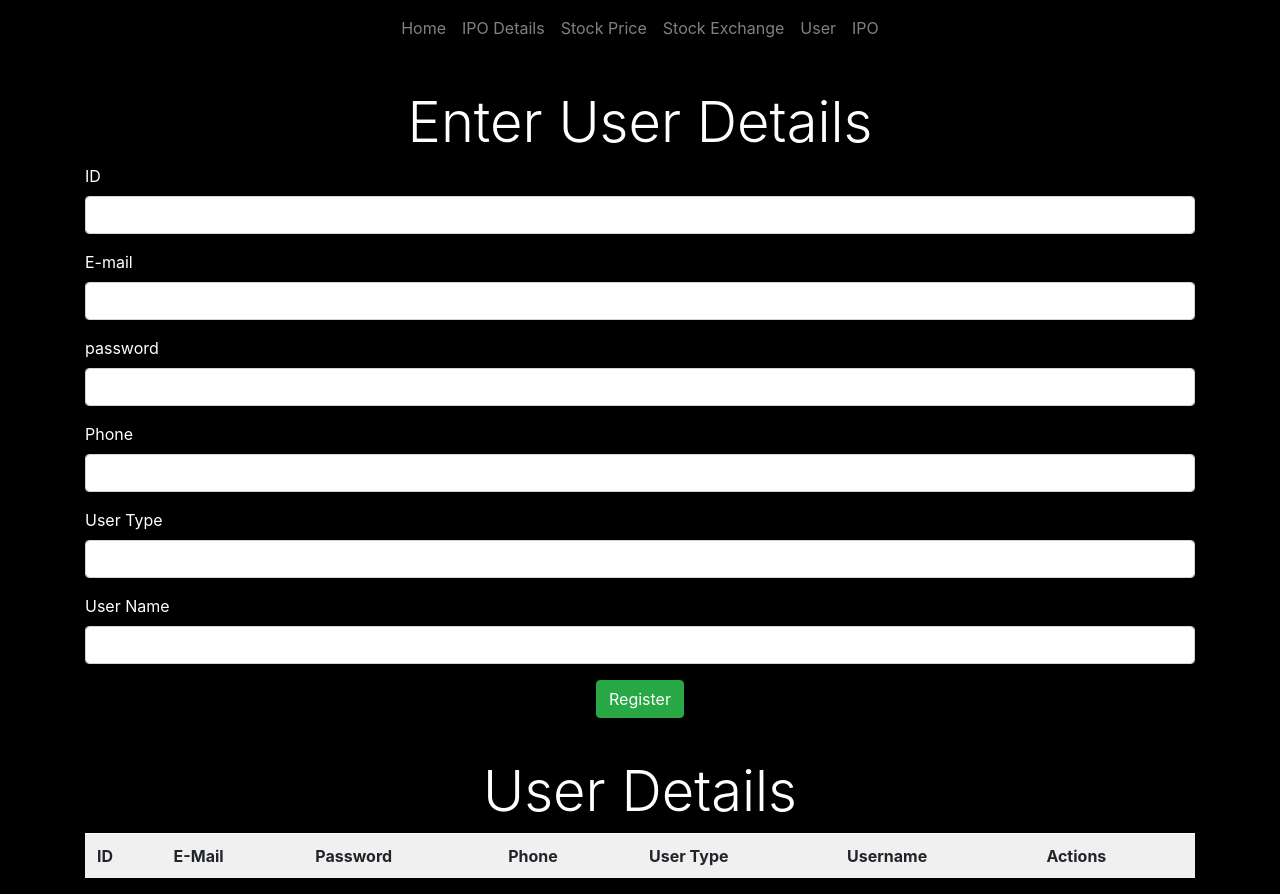
Repository: Gurudutt-S/cts-training
Page: http://localhost/StockExchangeChartingWeb/WEB-INF/views/users.jsp
An editor plug-in stored every save of this project. The page is shown before and after the next save, followed by the edit.
The browser window is 1280 px wide. The pictures show the whole page.
The page is served by Tomcat 9. Nobody is signed in. The template is opened directly, without the code that normally fills it, so the values that code supplies are empty.

Above is the page before, as saved 2020-02-12 09:30:07.
Console error (its wording comes from the project's code and is left out).

After the next save:
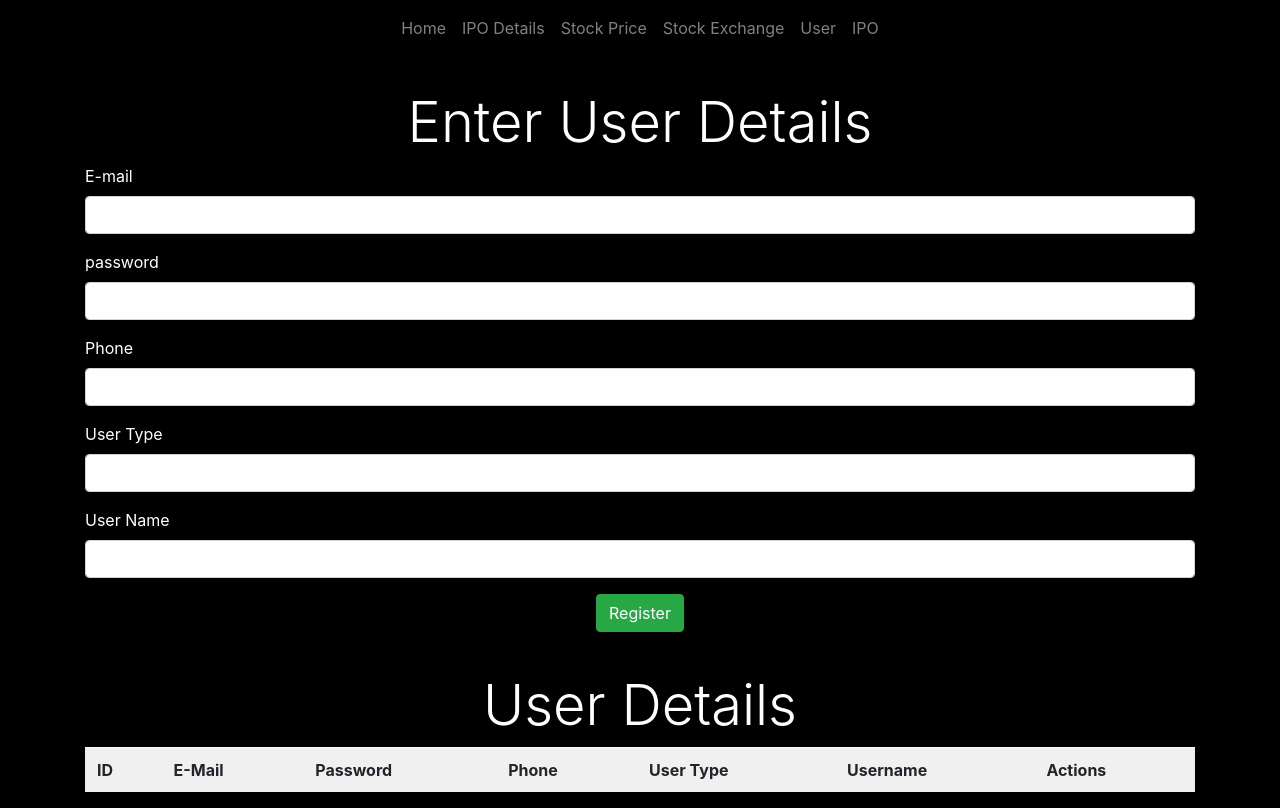
Saved 61 s later.
--- a/Day_36/StockExchangeChartingWeb/src/main/webapp/WEB-INF/views/users.jsp
+++ b/Day_36/StockExchangeChartingWeb/src/main/webapp/WEB-INF/views/users.jsp
@@ -9,10 +9,6 @@
 <div class="container">
 	<form:form action="${userUrl }" modelAttribute="user">
 
-		<div class="form-group">
-			<form:label path="id">ID</form:label>
-			<form:input path="id" class="form-control"></form:input>
-		</div>
 		<div class="form-group">
 			<form:label path="email">E-mail</form:label>
 			<form:input path="email" class="form-control"></form:input>
